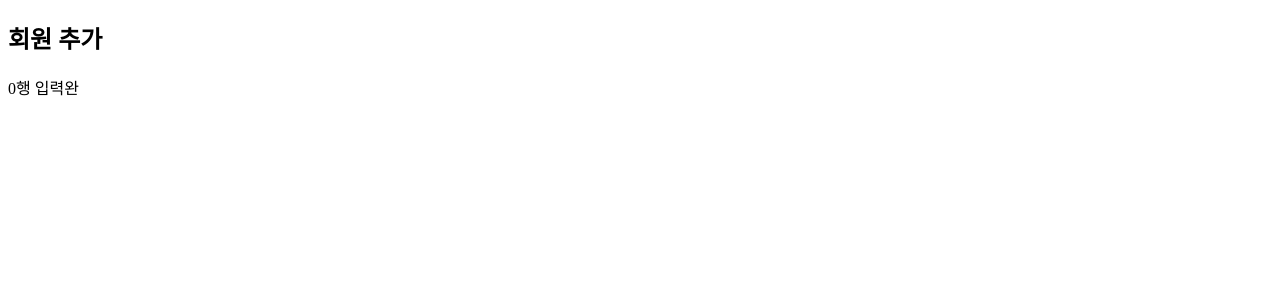
Repository: Jadedvst/Java_JSP-Servlet
Page: http://localhost/MustHaveJSP/JSMission/InsertForm.jsp
An editor plug-in stored every save of this project. The page is shown before and after the next save, followed by the edit.
The browser window is 1280 px wide. The pictures show the whole page.
The page is served by Tomcat 10.

Above is the page before, as saved 2023-12-13 07:57:22.

After the next save:
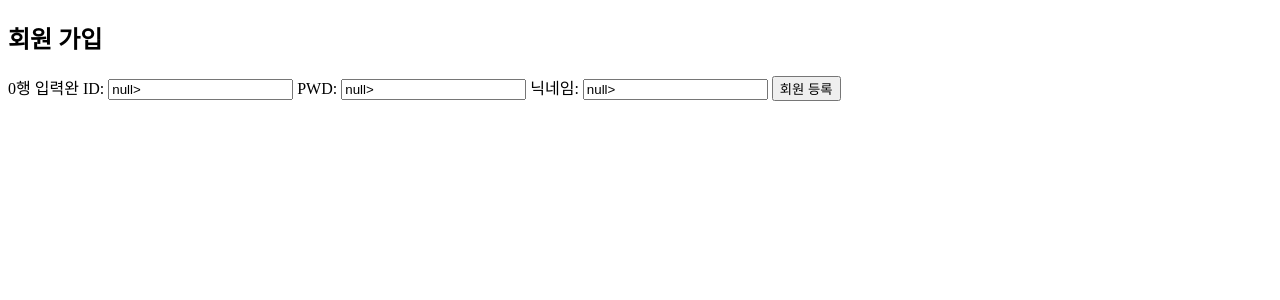
Saved 7 min 44 s later.
--- a/MustHaveJSP/src/main/webapp/JSMission/InsertForm.jsp
+++ b/MustHaveJSP/src/main/webapp/JSMission/InsertForm.jsp
@@ -10,19 +10,23 @@
 <title>Mission6</title>
 </head>
 <body>
-	<h2>회원 추가</h2>
+	<h2>회원 가입</h2>
+	<form>
 	<%
 	JDBConnect jdbc = new JDBConnect();
 
-	String id ="test2";
+	/* String id ="test1";
 	String pwd = "1111";
-	String name = "testMem2";// 길이 주의
+	String name = "testMem1";// 길이 주의 */
+	String id_value=request.getParameter("id");
+	String pwd_value=request.getParameter("pwd");
+	String nn_value=request.getParameter("nickname");
 
 	String sql = "INSERT INTO member(id,pass,name) VALUES (?,?,?)";
 	PreparedStatement psmt=jdbc.getCon().prepareStatement(sql);
-	psmt.setString(1,id);
-	psmt.setString(2,pwd);
-	psmt.setString(3,name);
+	psmt.setString(1,id_value);
+	psmt.setString(2,pwd_value);
+	psmt.setString(3,nn_value);
 
 	int inResult = psmt.executeUpdate();
 	out.println(inResult+"행 입력완");
@@ -33,5 +37,10 @@
 	}
 	jdbc.close();//jbdc instance의 con, psmt가 일치 하지 않아서 따로 닫아줘야함
 	%>
+		ID: <input type="text" name="id" value="<%=id_value%>>">
+		PWD: <input type="text" name="pwd" value="<%=pwd_value%>>">
+		닉네임: <input type="text" name="nickname" value="<%=nn_value%>>">
+		<input type="submit" value="회원 등록">
+	</form>
 </body>
 </html>
